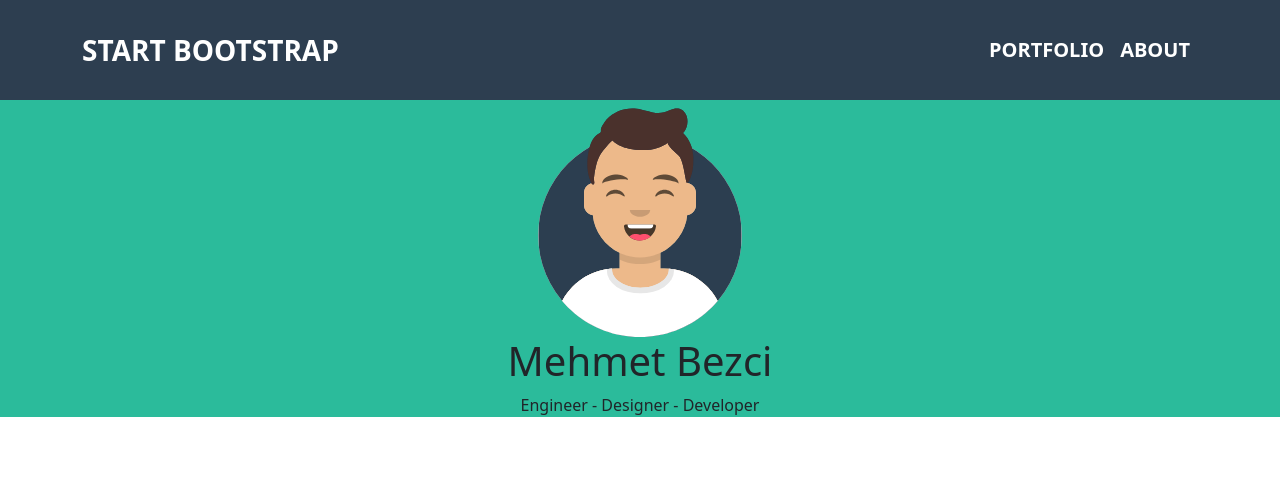
Repository: 7JaxeN7/WT-1255P-Mehmet_BEZC-
Page: index.html
An editor plug-in stored every save of this project. The page is shown before and after the next save, followed by the edit.
The browser window is 1280 px wide. The pictures show the whole page.

Above is the page before, as saved 2025-01-06 21:08:00.

After the next save:
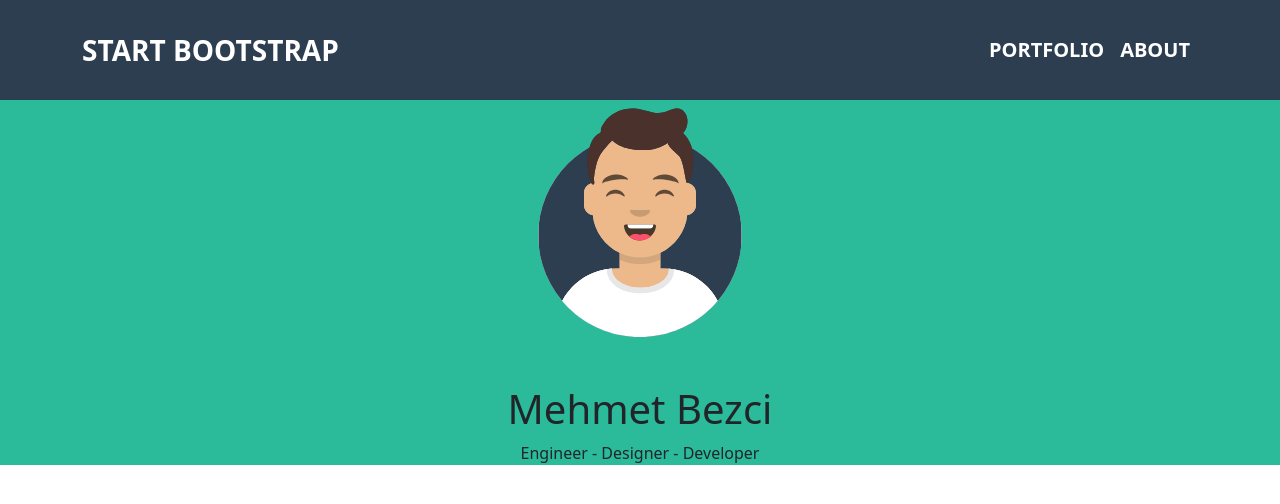
Saved 39 s later.
--- a/index.html
+++ b/index.html
@@ -37,7 +37,7 @@
    <div class="herosection-bg">
     <div class="container text-center">
       <img src="/assets/img/avataaars.svg" width="20%"/>
-    <h1>Mehmet Bezci</h1>
+    <h1 class="mt-5">Mehmet Bezci</h1>
     <p>Engineer - Designer - Developer</p>
     </div>
    </div>
